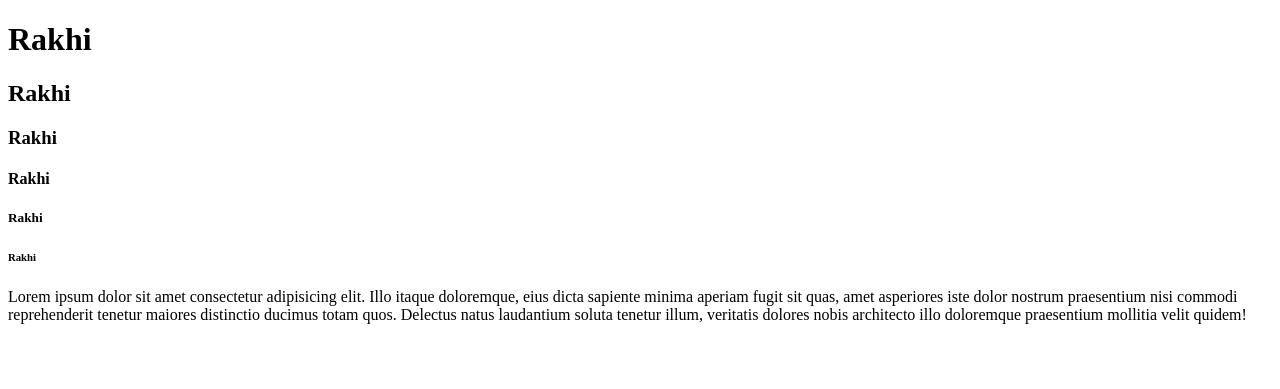
Repository: Ashishchakravartii/landingPage
Page: index.html
These files come from the project's save history. The page is drawn as it stood at one moment and after the next save; the edit follows.
The browser window is 1280 px wide. The pictures show the whole page.

Above is the page before, as saved 2024-07-24 12:07:40.

After the next save:
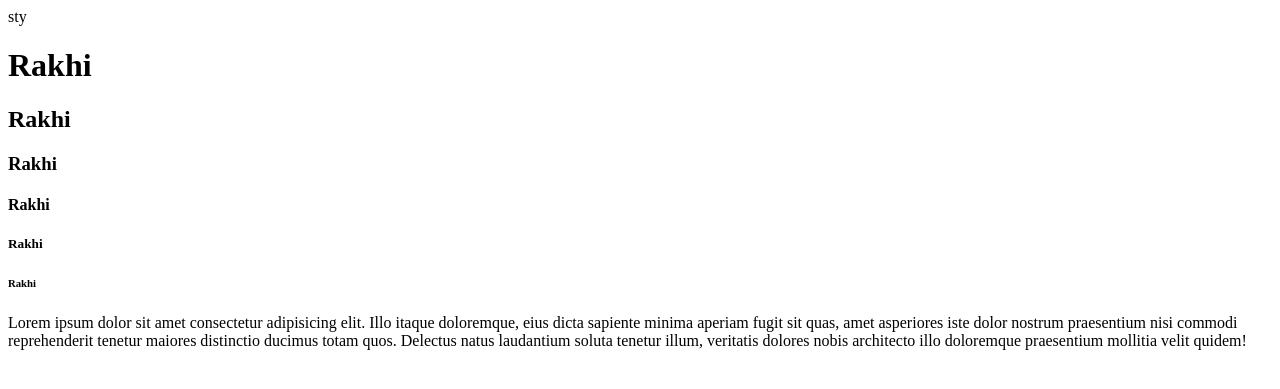
Saved 18 s later.
--- a/index.html
+++ b/index.html
@@ -4,6 +4,7 @@
     <meta charset="UTF-8" />
     <meta name="viewport" content="width=device-width, initial-scale=1.0" />
     <title>Document</title>
+    sty
   </head>
   <body>
     <div>
